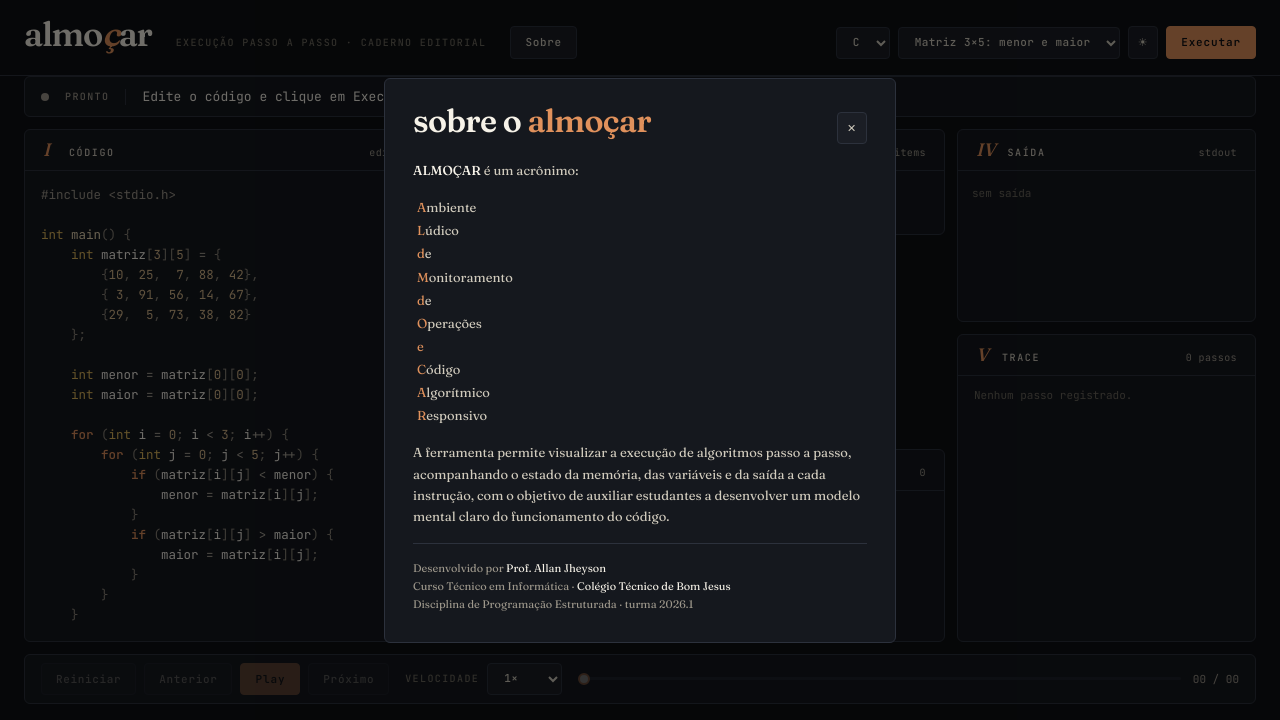
Repository: allramos/almocar
Page: /, after clicking the first element matching `button.btn`
These files come from the project's save history. The page is drawn as it stood at one moment and after the next save; the edit follows.
The browser window is 1280 px wide. The pictures show the whole page.
The project was rebuilt for these pictures with package versions that can differ from the ones it lists, and the page was loaded fresh each time. Also part of the build but not shown: vite.config.ts.

Above is the page before, as saved 2026-04-07 16:26:39.

After the next save:
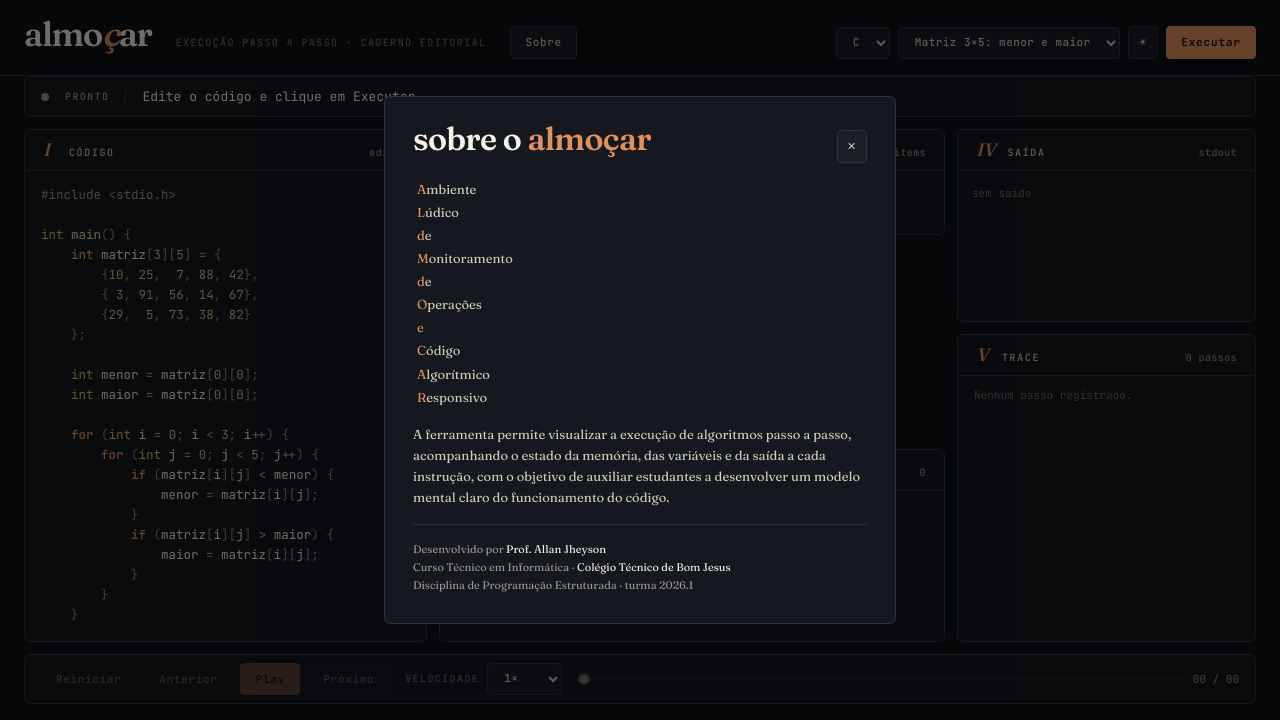
Saved 20 s later.
--- a/src/App.tsx
+++ b/src/App.tsx
@@ -299,10 +299,6 @@ function AboutDialog({ onClose }: { onClose: () => void }) {
         </div>
 
         <div className="text-ink-dim text-[13px] leading-relaxed space-y-4 font-sans">
-          <p>
-            <span className="text-ink font-medium">ALMOÇAR</span> é um
-            acrônimo:
-          </p>
           <div className="flex flex-col gap-0.5 pl-1">
             <div><span className="text-ember">A</span>mbiente</div>
             <div><span className="text-ember">L</span>údico</div>
